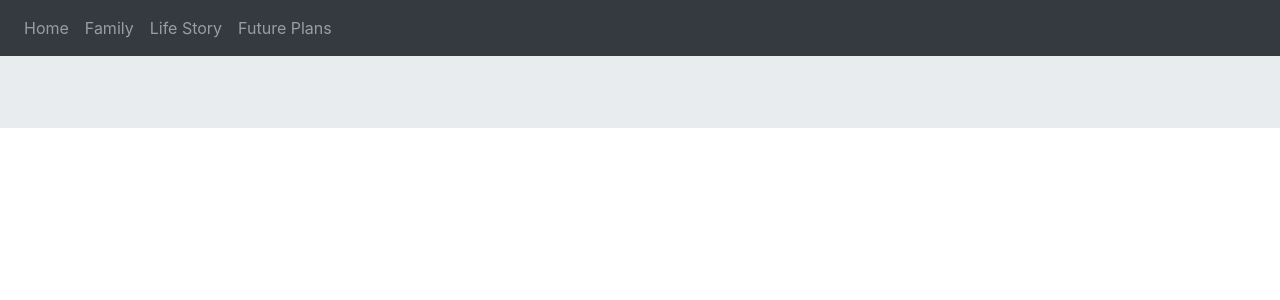
Repository: Code-Institute-Submissions/user-centric-frontend-dev-milestone-project
Page: index.html
The author's editor kept a record of every edit. The page is drawn from the files as they stood at one moment, then again after the next edit.
The browser window is 1280 px wide. The pictures show the whole page.

Above is the page before.

After the next edit:
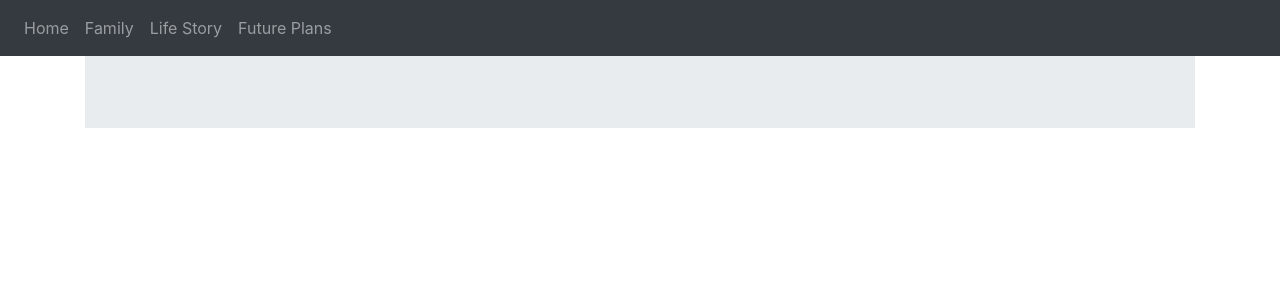
The edit:
--- a/index.html
+++ b/index.html
@@ -12,6 +12,7 @@
 </head>
 
 <body>
+    <div class="container">
     <nav class="navbar navbar-expand-md navbar-dark bg-dark fixed-top uppercase">
         <ul class="navbar-nav">
             <li class="nav-item">

After the 3 edits that followed:
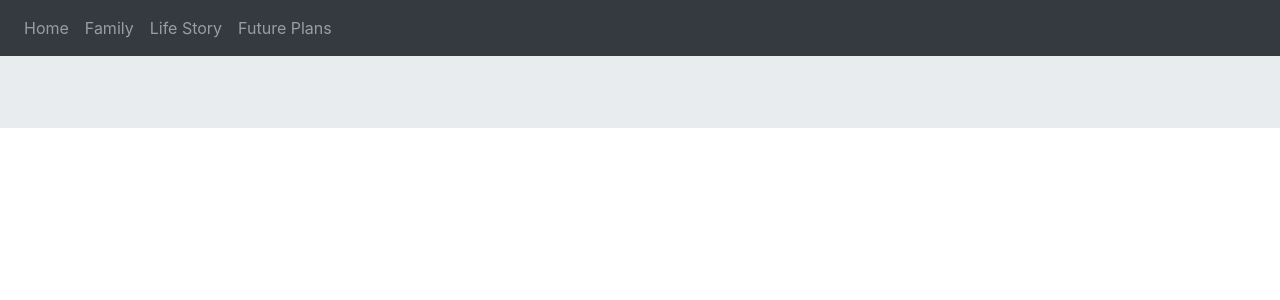
The 3 edits are shown as one change because 2 left the picture as it was.
The edit:
--- a/index.html
+++ b/index.html
@@ -13,25 +13,30 @@
 
 <body>
     <div class="container">
-    <nav class="navbar navbar-expand-md navbar-dark bg-dark fixed-top uppercase">
-        <ul class="navbar-nav">
-            <li class="nav-item">
-                <a class="nav-link" href="#">Home</a>
-            </li>
-            <li class="nav-item">
-                <a class="nav-link" href="#">Family</a>
-            </li>
-            <li class="nav-item">
-                <a class="nav-link" href="#">Life Story</a>
-            </li>
-            <li class="nav-item">
-                <a class="nav-link" href="#">Future Plans</a>
-            </li>
-        </ul>
-    </nav>
+        <div class="row">
+            <div class="col">
+                <nav class="navbar navbar-expand-md navbar-dark bg-dark fixed-top uppercase">
+                    <ul class="navbar-nav">
+                        <li class="nav-item">
+                            <a class="nav-link" href="#">Home</a>
+                        </li>
+                        <li class="nav-item">
+                            <a class="nav-link" href="#">Family</a>
+                        </li>
+                        <li class="nav-item">
+                            <a class="nav-link" href="#">Life Story</a>
+                        </li>
+                        <li class="nav-item">
+                            <a class="nav-link" href="#">Future Plans</a>
+                        </li>
+                    </ul>
+                </nav>
+            </div>
+        </div>
+    </div>
     <div class="jumbotron jumbotron-fluid text-center">
 
-        </div>
+    </div>
     </div>
 </body>
 
